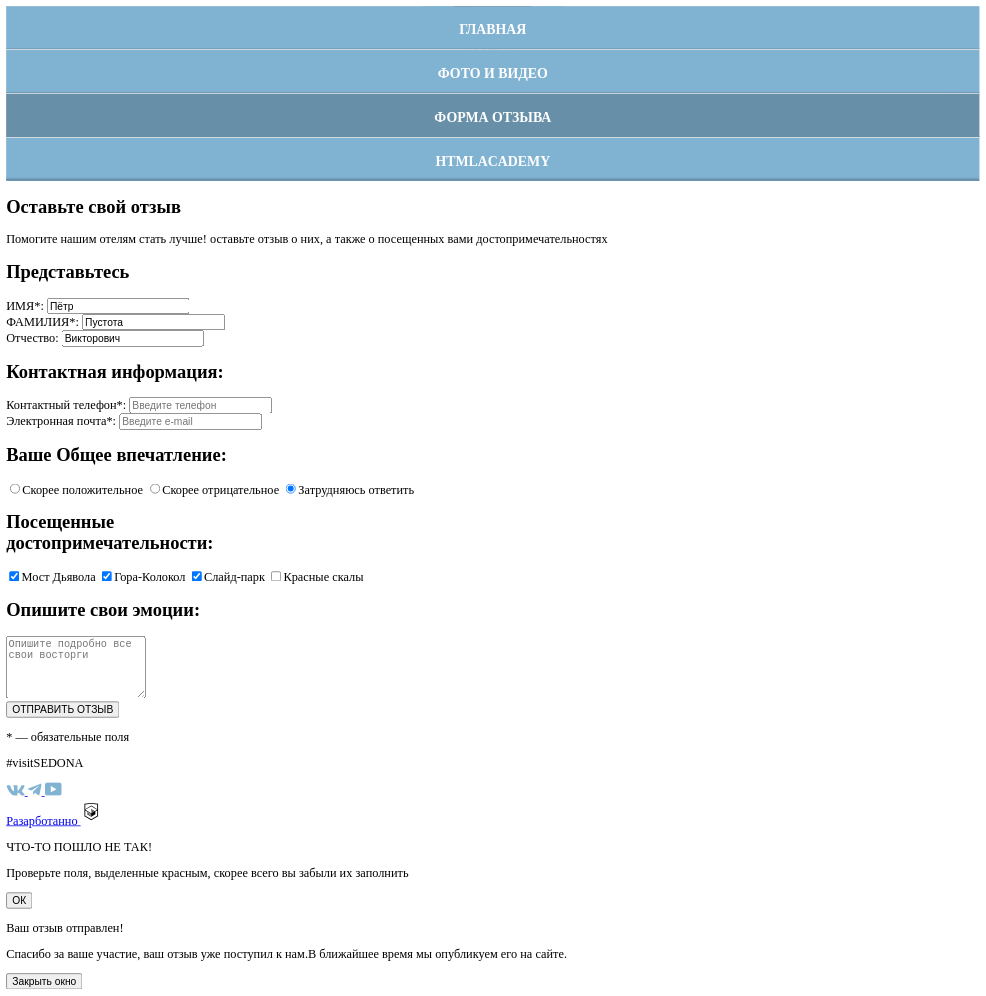
Repository: iKrekus/2149661-sedona-27
Page: source/form.html
The author's editor kept a copy of each file at every save. The page is drawn from the files as they stood at one save, then again after the next save.
The browser window is 1280 px wide. The pictures show the whole page, at 77% of full size.
The style sheet was rebuilt from its Sass, Less or Tailwind sources for each picture, by a compiler version that may differ from the author's.

Above is the page before, as saved 2022-12-03 20:45:39.

### source/form.html
<!DOCTYPE html>
<html class="page" lang="ru">
  <head>
    <meta charset="utf-8">
    <link rel="stylesheet" href="css/style.css">
    <title>Оставьте свой отзыв</title>
  </head>
  <body class="form-body">
    <header class="main-header">
      <a class="main-header__logo">
        <img src="img/logos/logo.svg" width="185" height="96" alt="Логотип 'Седона'.">
      </a>
      <div class="main-nav">
        <button class="main-nav__toggle" type="button">
          <span class="visually-hidden">Меню</span>
          <svg width="23" height="22" viewBox="0 0 23 22" fill="none" xmlns="http://www.w3.org/2000/svg"><path d="M22.9 0H0v4h22.9V0ZM22.9 9H0v4h22.9V9ZM22.9 18H0v4h22.9v-4Z" fill="#81B3D2"/></svg>
        </button>
        <nav class="main-nav__wrapper">
          <a class="main-nav__item" href="index.html">
            Главная
          </a>
          <a class="main-nav__item" href="catalog.html">
            Фото и видео
          </a>
          <a class="main-nav__item main-nav__item--current" href="form.html">
            Форма отзыва
          </a>
          <a class="main-nav__item" href="https://htmlacademy.ru/">
            HTMLACADEMY
          </a>
        </nav>
      </div>
    </header>
    <main class="form-container">
      <h1 class="visually-hidden">Форма обратной связи</h1>
      <form class="feedback-form" action="https://echo.htmlacademy.ru/" method="post">
        <section class="feedback-form-wrapper">
          <h2 class="feedback-form__title">
            Оставьте свой отзыв
          </h2>
          <p class="feedback-form__desription">
            Помогите нашим отелям стать лучше! оставьте отзыв о них, а также о посещенных вами достопримечательностях
          </p>
        </section>
        <div class="feedback-form__fieldgroup feedback-form-fieldgroup">
          <h2 class="feedback-form-fieldgroup__title">
            Представьтесь
          </h2>
          <div class="feedback-form-fieldgroup__field-wrapper">
            <label class="feedback-form-fieldgroup__label" for="feedback-form-name">
              ИМЯ*:
              <input class="feedback-form-fieldgroup__input" type="text" name="feedback-form-name" id="feedback-form-name" placeholder="Ваше имя" value="Пётр" required>
            </label>
          </div>
          <div class="feedback-form-fieldgroup__field-wrapper">
            <label class="feedback-form-fieldgroup__label" for="feedback-form-secondname">
              ФАМИЛИЯ*:
              <input class="feedback-form-fieldgroup__input" type="text" name="feedback-form-secondname" id="feedback-form-secondname" placeholder="Ваша фамилия" value="Пустота" required>
            </label>
          </div>
          <div class="feedback-form-fieldgroup__field-wrapper">
            <label class="feedback-form-fieldgroup__label" for="feedback-form-thirdname">
              Отчество:
              <input class="feedback-form-fieldgroup__input" type="text" name="feedback-form-thirdname" id="feedback-form-thirdname" placeholder="Ваше отчество" value="Викторович">
            </label>
          </div>
        </div>
        <div class="feedback-form__fieldgroup feedback-form-fieldgroup">
          <h2 class="feedback-form-fieldgroup__title">
            Контактная информация:
          </h2>
          <div class="feedback-form-fieldgroup__field-wrapper">
            <label class="feedback-form-fieldgroup__label" for="feedback-form-phone">Контактный телефон*:
              <input class="feedback-form-fieldgroup__input feedback-form-fieldgroup__input--phone" type="tel" name="feedback-form-phone" id="feedback-form-phone" placeholder="Введите телефон" required>
            </label>
          </div>
          <div class="feedback-form-fieldgroup__field-wrapper">
            <label class="feedback-form-fieldgroup__label" for="feedback-form-email">
              Электронная почта*:
              <input class="feedback-form-fieldgroup__input feedback-form-fieldgroup__input--email" type="email" name="feedback-form-email" id="feedback-form-email" placeholder="Введите e-mail" required>
            </label>
          </div>
        </div>
        <div class="feedback-form__fieldgroup feedback-form-fieldgroup">
          <h2 class="feedback-form-fieldgroup__title">
            Ваше Общее впечатление:
          </h2>
          <div class="feedback-form-fieldgroup__field-wrapper">
            <label class="feedback-form-fieldgroup__control-label">
              <input class="feedback-form-fieldgroup__control-input" type="radio" name="feedback" value="positive" id="positive-feedback" checked>Скорее положительное
            </label>
            <label class="feedback-form-fieldgroup__control-label">
              <input class="feedback-form-fieldgroup__control-input" type="radio" name="feedback" value="negative" id="negative-feedback" checked>Скорее отрицательное
            </label>
            <label class="feedback-form-fieldgroup__control-label">
              <input class="feedback-form-fieldgroup__control-input" type="radio" name="feedback" value="no-answer" id="no-answer-feedback" checked>Затрудняюсь ответить
            </label>
          </div>
        </div>
        <div class="feedback-form__fieldgroup feedback-form-fieldgroup">
          <h2 class="feedback-form-fieldgroup__title">
            Посещенные<br>достопримечательности:
          </h2>
          <div class="feedback-form-fieldgroup__field-wrapper">
            <label class="feedback-form-fieldgroup__control-label">
              <input class="feedback-form-fieldgroup__control-input" type="checkbox" name="sight-place" value="devil-bridge" id="devil-bridge-sight-place" checked>Мост Дьявола
            </label>
            <label class="feedback-form-fieldgroup__control-label">
              <input class="feedback-form-fieldgroup__control-input" type="checkbox" name="sight-place" value="mountain-kalokol" id="mountain-kalokol-sight-place" checked>Гора-Колокол
            </label>
            <label class="feedback-form-fieldgroup__control-label">
              <input class="feedback-form-fieldgroup__control-input" type="checkbox" name="sight-place" value="slide-park" id="slide-park-sight-place" checked>Слайд-парк
            </label>
            <label class="feedback-form-fieldgroup__control-label">
              <input class="feedback-form-fieldgroup__control-input" type="checkbox" name="sight-place" value="red-roks" id="red-roks-answer-sight-place">Красные скалы
            </label>
          </div>
        </div>
        <div class="feedback-form__fieldgroup feedback-form-fieldgroup">
          <h2 class="feedback-form-fieldgroup__title">
            Опишите свои эмоции:
          </h2>
          <div class="feedback-form-fieldgroup__field-wrapper">
            <textarea class="feedback-form__textarea" name="message" id="feedback-form-textarea" rows="5" placeholder="Опишите подробно все свои восторги"></textarea>
          </div>
        </div>
        <button class="feedback-form__submit button" type="submit">ОТПРАВИТЬ ОТЗЫВ</button>
        <p>* — обязательные поля</p><!--Вынесу потом стилями под кнопку-->
      </form>
    </main>
    <footer class="main-footer">
      <p class="main-footer__title">
        #visitSEDONA
      </p>
        <div class="main-footer__social">
            <a class="main-footer__link button" href="https://vk.com/htmlacademy">
                <span class="visually-hidden">Вконтакте</span>
                <svg aria-hidden="true" focusable="false" width="24" height="14" fill="none" xmlns="http://www.w3.org/2000/svg">
                  <path fill-rule="evenodd" clip-rule="evenodd" d="M24.116 1.804c.166-.546 0-.948-.795-.948h-2.625c-.668 0-.976.347-1.143.73 0 0-1.335 3.196-3.226 5.272-.612.602-.89.793-1.224.793-.167 0-.418-.19-.418-.738V1.804c0-.656-.184-.948-.74-.948H9.817c-.417
                0-.668.304-.668.593 0 .621.946.765 1.043 2.513V7.76c0 .833-.153.984-.487.984-.89 0-3.055-3.21-4.34-6.885-.249-.715-.5-1.003-1.172-1.003H1.566c-.75 0-.9.347-.9.73 0 .682.89 4.07 4.145 8.551 2.17 3.06 5.225 4.72 8.008 4.72 1.67 0 1.875-.369
                1.875-1.004V11.54c0-.737.158-.884.687-.884.39 0 1.057.192 2.615 1.667 1.78 1.75 2.073 2.533 3.075 2.533h2.625c.75 0 1.126-.368.91-1.096-.238-.724-1.088-1.775-2.215-3.022-.612-.71-1.53-1.475-1.809-1.858-.389-.49-.278-.71 0-1.147 0 0 3.2-4.426
                3.533-5.929h.001Z" fill="#83B3D3"/>
                </svg>
            </a>
            <a class="main-footer__link button" href="https://t.me/htmlacademy">
                <span class="visually-hidden">Телеграмм</span>
                <svg aria-hidden="true" focusable="false" width="18" height="16" fill="none" xmlns="http://www.w3.org/2000/svg">
                  <path d="M16.79.96.84 7.1c-1.09.44-1.08 1.05-.2 1.32l4.1 1.28 9.47-5.98c.44-.27.85-.13.52.17l-7.68 6.93-.28 4.22c.41 0 .6-.2.83-.41l1.99-1.94 4.13 3.06c.77.42 1.31.2 1.5-.71l2.72-12.8c.28-1.1-.43-1.61-1.16-1.28Z" fill="#83B3D3"/>
                </svg>
            </a>
            <a class="main-footer__link button" href="https://www.youtube.com/user/htmlacademyru">
                <span class="visually-hidden">Youtube</span>
                <svg aria-hidden="true" focusable="false" width="22" height="17" fill="none" xmlns="http://www.w3.org/2000/svg">
                  <path d="M18.94.356H3.507C1.647.356.333 1.95.333 3.756V13.85c0 1.913 1.314 3.506 3.174 3.506H19.16c1.642 0 3.174-1.593 3.174-3.4v-10.2c-.219-1.806-1.532-3.4-3.393-3.4ZM7.995 12.894V4.819l7.333 4.037-7.333 4.038Z" fill="#83B3D3"/>
                </svg>
            </a>
        </div>
        <div class="copyrirht-footer-wrapper">
          <div class="copyrirht-footer">
            <a class="copyrirht-footer__link" href="https://htmlacademy.ru/">
              <span class="copyrirht-footer__description">Разарботанно</span>
              <span class="visually-hidden">HTML Academy</span>
              <svg xmlns="http://www.w3.org/2000/svg" viewBox="0 0 60 60" width="27" height="34"><path fill="#000000" d="M30.2 5h-.2l-19.7 2.1v36.2l19.7 11.7 19.7-11.7v-36.2l-19.5-2.1zm17 36.8l-17.2 10.2-17.2-10.2v-14.8l17.1 10.2v1.8l-11.7-7v1.8l11.8 7.1v1.9l-11.8-7v1.8l11.8 7 11.9-7.1v-7.6l5.3-3.2v15.1zm-.1-17l-4.7 2.8-2.2 1.3-10.3-6.1v1.8l8.8 5.3h-.1l-.2.1-1.3.7-7.3-4.3v1.8l5.8 3.4-1.4.9-4.3-2.6v1.8l2.9 1.7-2.9 1.7-17-10.1 17-10.2 17.2 10zm.1-1.8l-17.3-10.2-17.1 10.2v-13.6l17.2-1.8 17.2 1.8v13.6z"/></svg>
            </a>
          </div>
        </div>
    </footer>
    <div class="modal">
      <div class="modal-container modal-container--success">
          <p class="modal-container__title">
            ЧТО-ТО ПОШЛО НЕ ТАК!
          </p>
          <p class="modal-container__description">
            Проверьте поля, выделенные красным, скорее всего вы забыли их заполнить
          </p>
          <button class="modal-container__button button" type="button">ОК</button>
      </div>
      <div class="modal-container modal-container--error">
        <p class="modal-container__title">
          Ваш отзыв отправлен!
        </p>
        <p class="modal-container__description">
          Спасибо за ваше участие, ваш отзыв уже поступил к нам.В ближайшее время мы опубликуем его на сайте.
        </p>
        <button class="modal-container__button button" type="button">Закрыть окно</button>
      </div>
    </div>
  </body>
</html>

### source/sass/style.scss
// Начните писать стили здесь
@use "./blocks/header/main-header.scss";
@use "./blocks/header/main-container.scss";
@use "./blocks/header/main-nav.scss";

@font-face {
  font-family: "PT sans";
  src: url("../fonts/ptsans.woff") format("woof"), url("../fonts/ptsans.woff2") format("woff2");
  font-style: normal;
  font-weight: 400;
  font-display: swap;
}

@font-face {
  font-family: "PT sans";
  src: url("../fonts/ptsansbold.woff") format("woof"), url("../fonts/ptsansbold.woff2") format("woff2");
  font-style: normal;
  font-weight: 700;
  font-display: swap;
}

.page__body {
  font-family: "PT Sans", sans-serif;
  font-size: 18px;
  font-style: normal;
  font-weight: 400;
  line-height: 21px;
  display: -webkit-box;
  display: -ms-flexbox;
  display: flex;
  -webkit-box-orient: vertical;
  -webkit-box-direction: normal;
  -ms-flex-direction: column;
  flex-direction: column;
  min-height: 100%;
  width: 320px;
  margin: 0 auto;
}

.visually-hidden {
  position: absolute;
  width: 1px;
  height: 1px;
  margin: -1px;
  border: 0;
  padding: 0;
  white-space: nowrap;
  clip-path: inset(100%);
  clip: rect(0 0 0 0);
  overflow: hidden;
}

### source/sass/blocks/header/main-header.scss
.main-header {
  background-color: #ffffff;
  position: relative;
}

.main-header__logo {
  position: absolute;
  z-index: 1;
  left: 50%;
  transform: translateX(-50%);
}

/* .main-header__menu {
  width: 100%;
  min-height: 56px;
} */

### source/sass/blocks/header/main-nav.scss
.main-nav {
  /* width: 100%; */
  min-height: 56px;
  /* padding: 0 20px; */
  display: flex;
  justify-content: center;
  align-items: center;
  position: relative;
}

.main-nav__wrapper {
  display: flex;
  flex-direction: column;
  justify-content: center;
  /* align-items: center; */
  width: 100%;

}

/* .main-nav__wrapper--hidden {
  display: none;
} */

.main-nav__toggle {
  position: absolute;
  right: 20px;
  top: 50%;
  transform: translateY(-50%);
  background: none;
  border: none;
  padding: 0;
  margin: 0;

  /* &:hover + .main-nav__wrapper, */
  &--is-active + .main-nav__wrapper {
    display: block;
  }
}

.main-nav__item {
  text-align: center;
  text-decoration: none;
  padding: 17px 20px 12px;
  box-sizing: border-box;
  font-weight: 700;
  font-size: 18px;
  line-height: 26px;
  text-transform: uppercase;
  color: #ffffff;
  border-bottom: 1px solid #678fa8;
  background-color: #80b2d1;
  z-index: 2;

  &--current {
    background-color: #678fa8;
  }
}

.main-nav__item:not(:first-child) {
  border-top: 1px solid #e7e5e5;
}

.main-nav__item:last-child {
  box-shadow: inset 0 -5px 5px -6px #000000;
}

Loaded but not shown: source/sass/blocks/header/main-container.scss (no stored copy; drawn as an empty file)

After the next save:
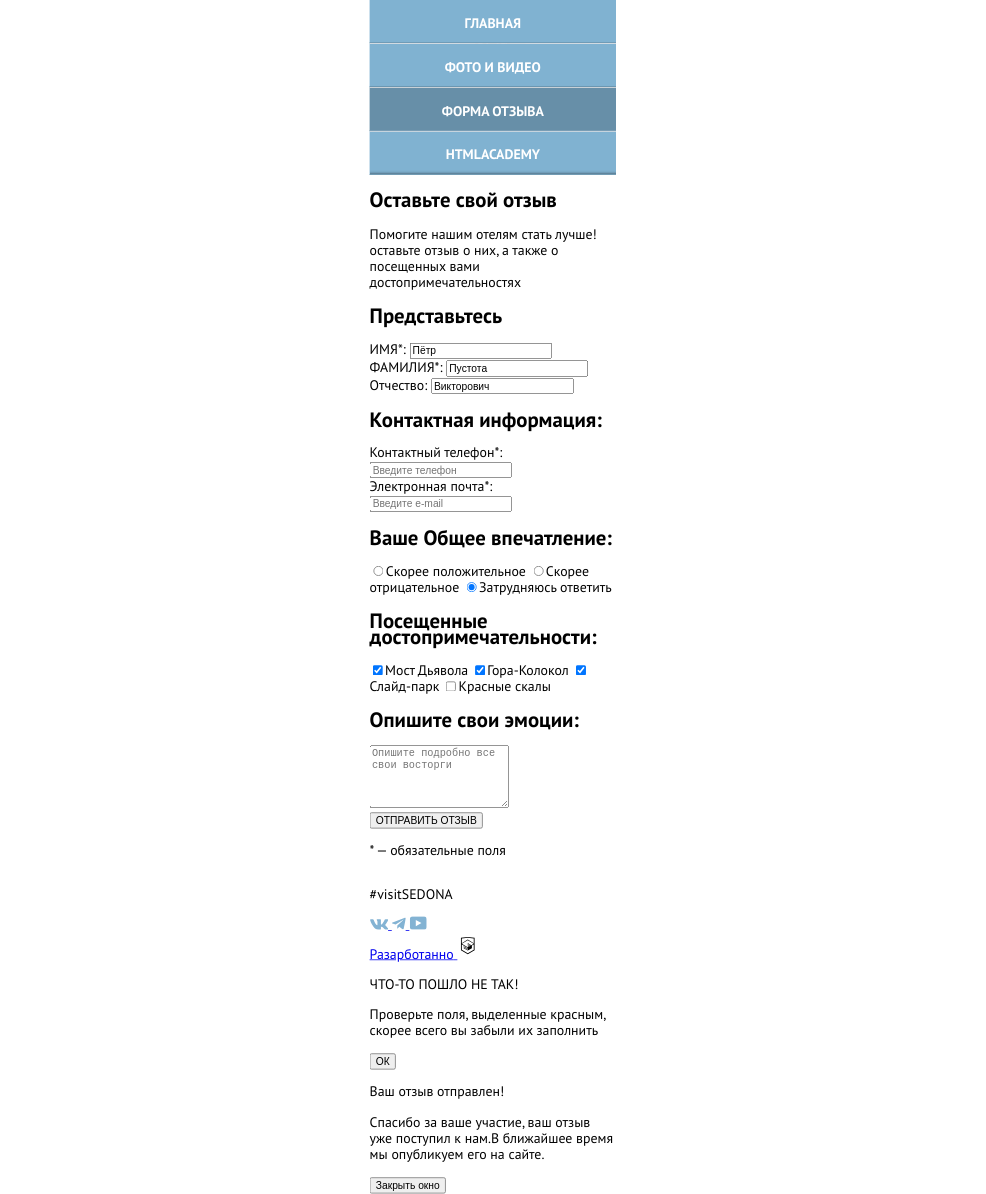
Saved 82 s later.
--- a/source/form.html
+++ b/source/form.html
@@ -5,7 +5,7 @@
     <link rel="stylesheet" href="css/style.css">
     <title>Оставьте свой отзыв</title>
   </head>
-  <body class="form-body">
+  <body class="page__body form-body">
     <header class="main-header">
       <a class="main-header__logo">
         <img src="img/logos/logo.svg" width="185" height="96" alt="Логотип 'Седона'.">

After the save that followed:
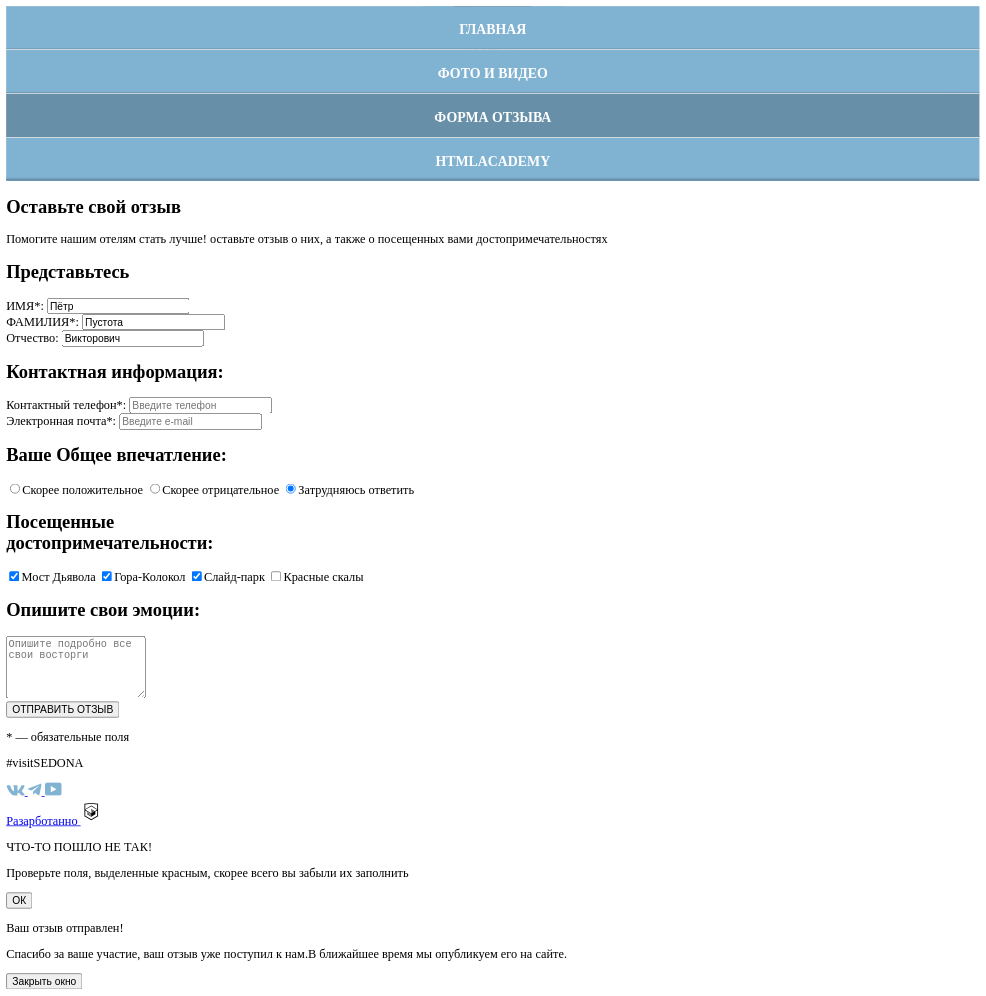
Saved 29 s later.
--- a/source/form.html
+++ b/source/form.html
@@ -5,7 +5,7 @@
     <link rel="stylesheet" href="css/style.css">
     <title>Оставьте свой отзыв</title>
   </head>
-  <body class="page__body form-body">
+  <body class="form-body">
     <header class="main-header">
       <a class="main-header__logo">
         <img src="img/logos/logo.svg" width="185" height="96" alt="Логотип 'Седона'.">
